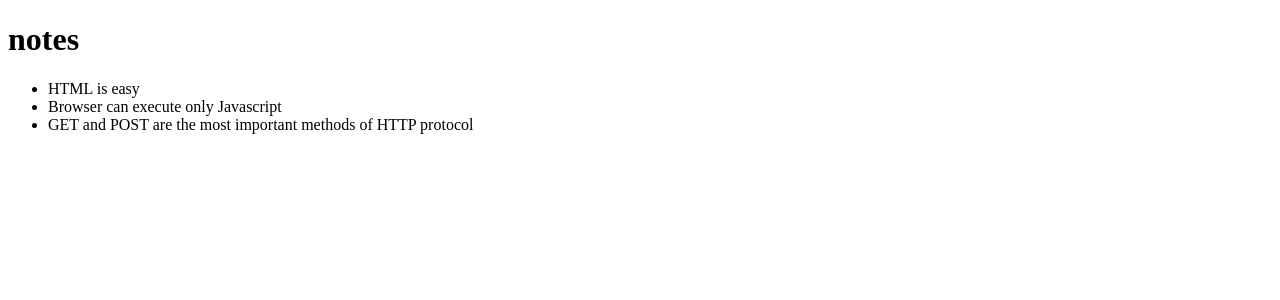
Repository: 2Lavine/fullstack
Page: / (app in part2/)
An editor plug-in stored every save of this project. The page is shown before and after the next save, followed by the edit.
The browser window is 1280 px wide. The pictures show the whole page.
The project was rebuilt for these pictures with package versions that can differ from the ones it lists, and the page was loaded fresh each time.

Above is the page before, as saved 2020-09-01 11:09:47.

### part2/src/index.js
import React, { useState } from "react";
import ReactDOM from "react-dom";

const notes = [
  {
    id: 1,
    content: "HTML is easy",
    date: "2019-05-30T17:30:31.098Z",
    important: true,
  },
  {
    id: 2,
    content: "Browser can execute only Javascript",
    date: "2019-05-30T18:39:34.091Z",
    important: false,
  },
  {
    id: 3,
    content: "GET and POST are the most important methods of HTTP protocol",
    date: "2019-05-30T19:20:14.298Z",
    important: true,
  },
];

const App = (props) => {
  const { notes } = props;
  return (
    <div>
      <h1>notes</h1>
      <ul>
        {notes.map((note) => {
          console.log(note);
          return <li>{note.content}</li>;
        })}
      </ul>
    </div>
  );
};

ReactDOM.render(<App notes={notes}></App>, document.getElementById("root"));

### part2/src/App.js
import React from "react";
import Note from "../components/Note";

const App = ({ notes }) => {
  return (
    <ul>
      {notes.map((note) => (
        <Note note={note} key={note.id}></Note>
      ))}
    </ul>
  );
};
export default App;

### part2/components/Note.js
import React from "react";

const Note = ({ note }) => <li>{note.content}</li>;

export default Note;

Loaded but not shown: part2/public/index.html (common file)

After the next save:
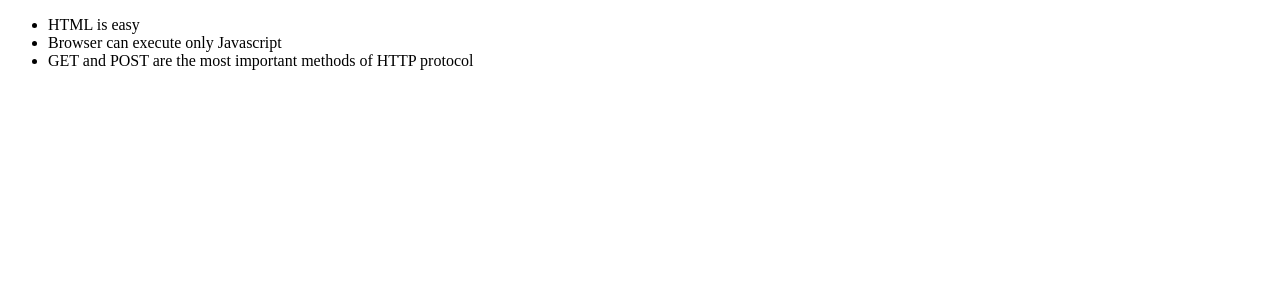
Saved 30 s later.
--- a/part2/src/index.js
+++ b/part2/src/index.js
@@ -1,6 +1,6 @@
 import React, { useState } from "react";
 import ReactDOM from "react-dom";
-
+import App from "./App";
 const notes = [
   {
     id: 1,
@@ -22,19 +22,4 @@ const notes = [
   },
 ];
 
-const App = (props) => {
-  const { notes } = props;
-  return (
-    <div>
-      <h1>notes</h1>
-      <ul>
-        {notes.map((note) => {
-          console.log(note);
-          return <li>{note.content}</li>;
-        })}
-      </ul>
-    </div>
-  );
-};
-
 ReactDOM.render(<App notes={notes}></App>, document.getElementById("root"));
